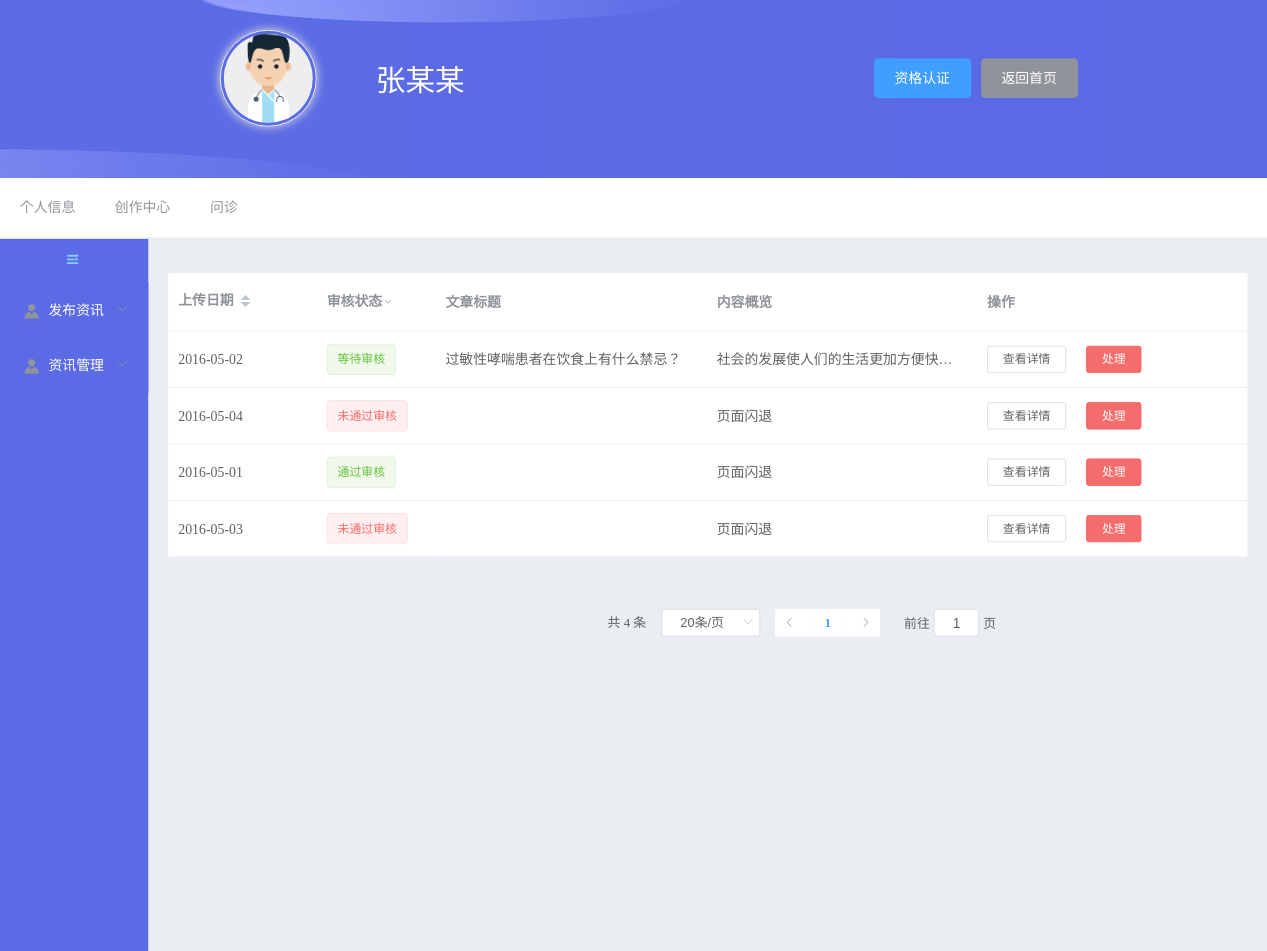
Repository: DiscreteL/SOA_Front
Page: /#/manageArticle
An editor plug-in stored every save of this project. The page is shown before and after the next save, followed by the edit.
The browser window is 1280 px wide. The pictures show the whole page, at 99% of full size.
The project was rebuilt for these pictures with package versions that can differ from the ones it lists, and the page was loaded fresh each time. Also part of the build but not shown: vue.config.js, src/components/navigation.vue, src/components/dialog.vue, src/views/news.vue, src/components/announcement.vue, src/components/patientKnow.vue, src/views/Home.vue, src/views/login.vue and 15 more.

Above is the page before, as saved 2021-11-29 12:41:11.

After the next save:
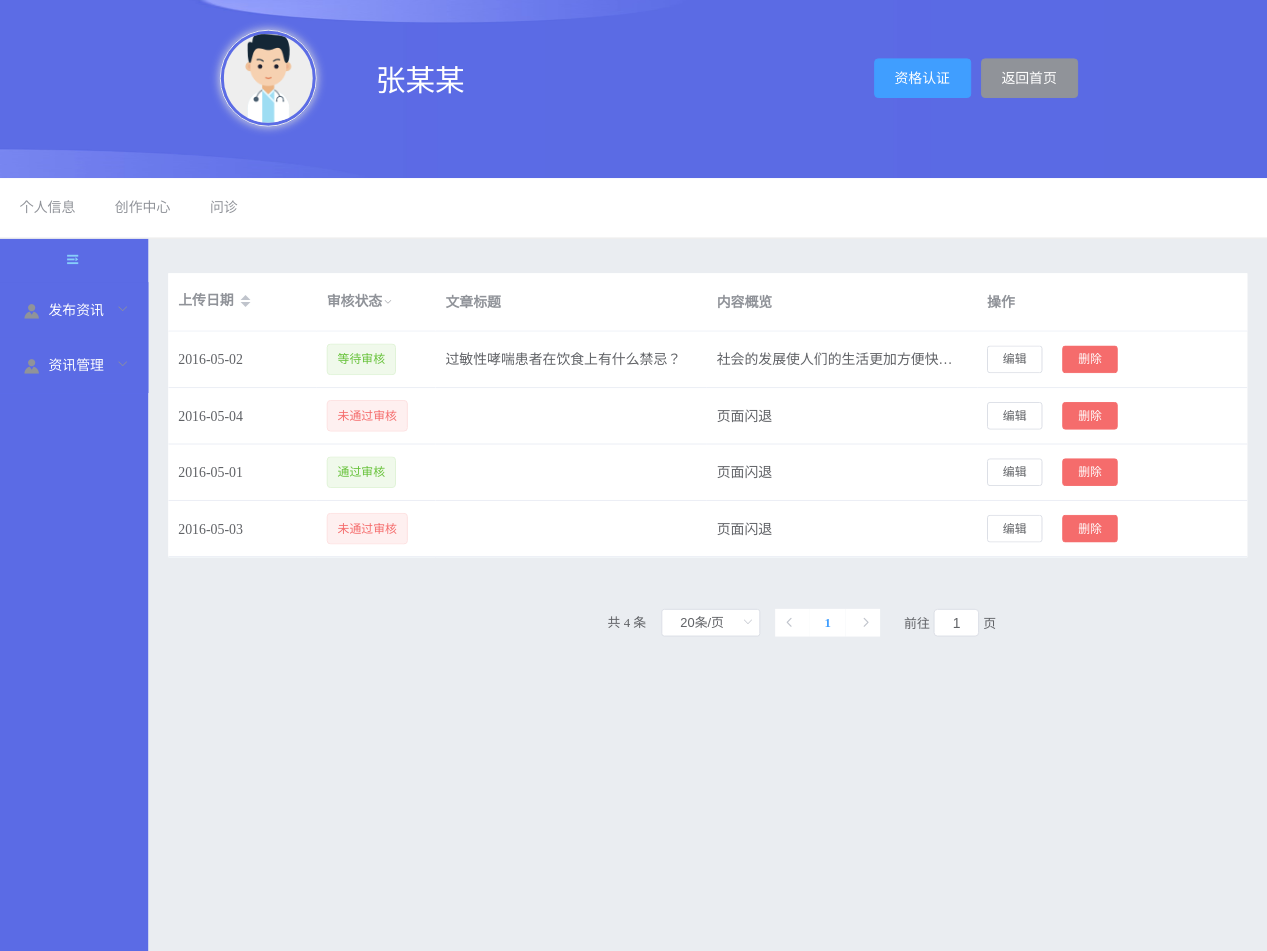
Saved 63 s later.
--- a/src/views/doctor/message/manageArticle.vue
+++ b/src/views/doctor/message/manageArticle.vue
@@ -51,7 +51,7 @@
         </el-table-column>
         <el-table-column label="操作">
           <el-button size="mini" @click="dialogTableVisible = true"
-            >查看详情</el-button
+            >编辑</el-button
           >
           <el-dialog title="反馈信息" :visible.sync="dialogTableVisible">
             <el-descriptions direction="vertical" :column="4" border>
@@ -70,19 +70,8 @@
             type="danger"
             style="margin-left: 20px"
             @click="dialogFormVisible = true"
-            >处理</el-button
+            >删除</el-button
           >
-          <el-dialog title="反馈处理" :visible.sync="dialogFormVisible">
-            <el-form :model="form">
-              <el-form-item label="处理结果" :label-width="formLabelWidth">
-                <el-input v-model="form.reply" autocomplete="off"></el-input>
-              </el-form-item>
-            </el-form>
-            <div slot="footer" class="dialog-footer">
-              <el-button @click="dialogFormVisible = false">取 消</el-button>
-              <el-button type="primary" @click="dialogFormVisible = false">确 定</el-button>
-            </div>
-          </el-dialog>
         </el-table-column>
       </el-table>
     </div>
